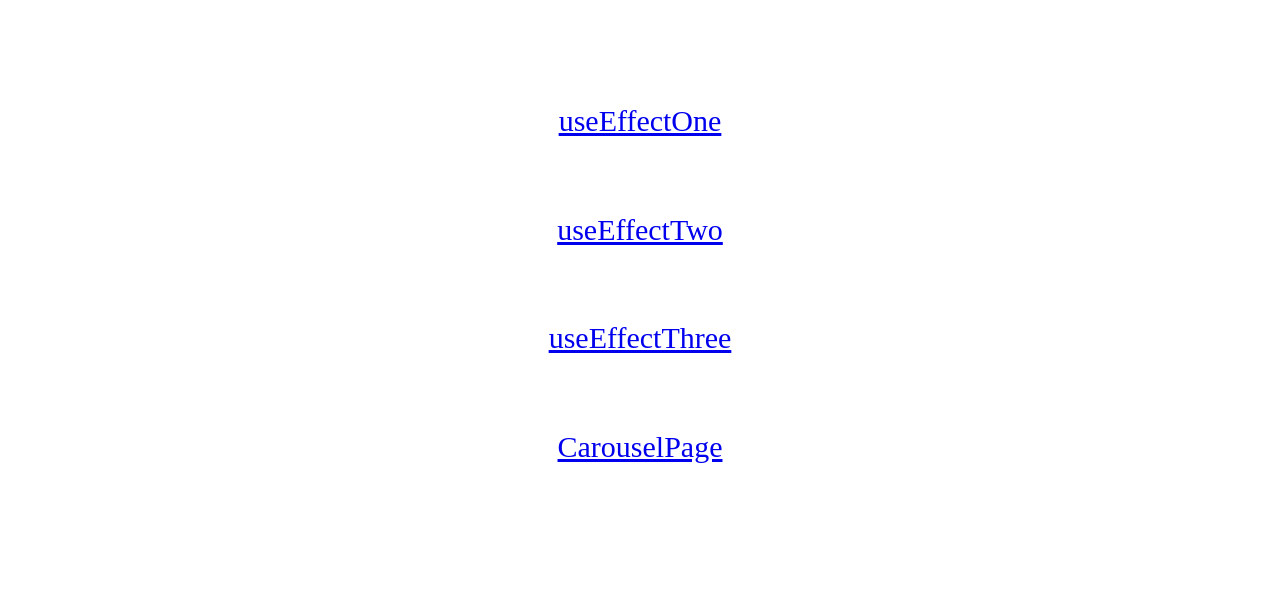
Repository: sierralaurent/Class08-UseEffect
Page: /
An editor plug-in stored every save of this project. The page is shown before and after the next save, followed by the edit.
The browser window is 1280 px wide. The pictures show the whole page.
The project was rebuilt for these pictures with package versions that can differ from the ones it lists, and the page was loaded fresh each time. The framework's server and built-in components were replaced by stand-ins that run in the browser. Also part of the build but not shown: next.config.js.

Above is the page before, as saved 2023-02-20 17:16:56.

After the next save:
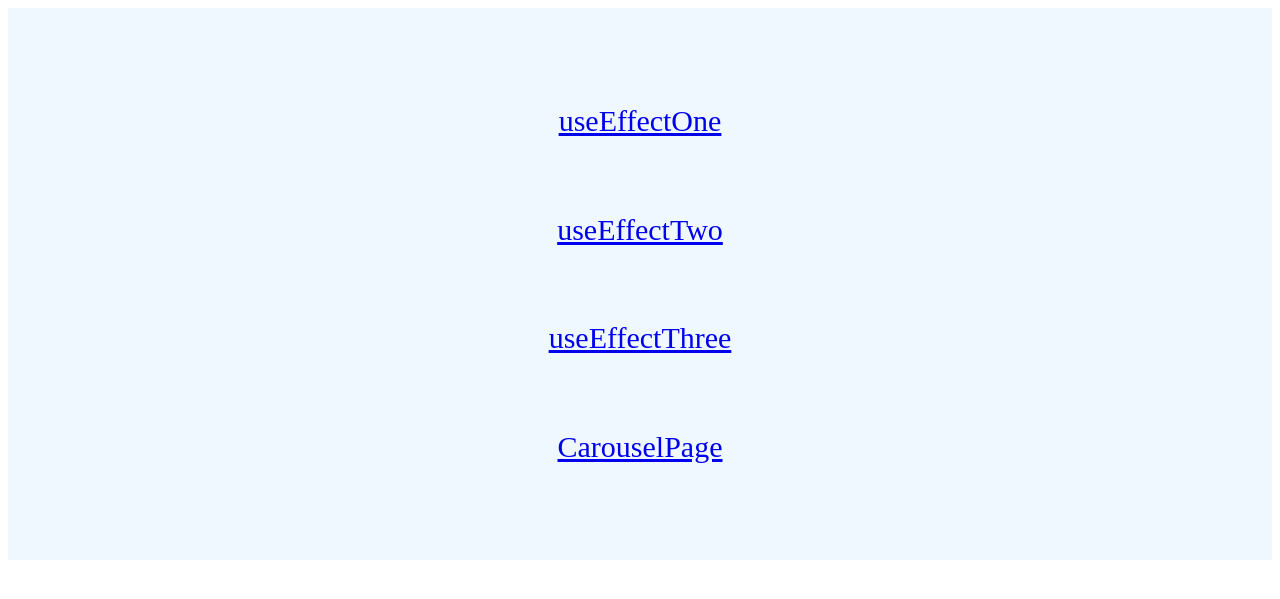
Saved 8 s later.
--- a/styles/Home.module.css
+++ b/styles/Home.module.css
@@ -6,5 +6,5 @@
   padding: 6rem;
   min-height: 50vh;
   font-size: 30px;
-
+  background-color: aliceblue;
 }
